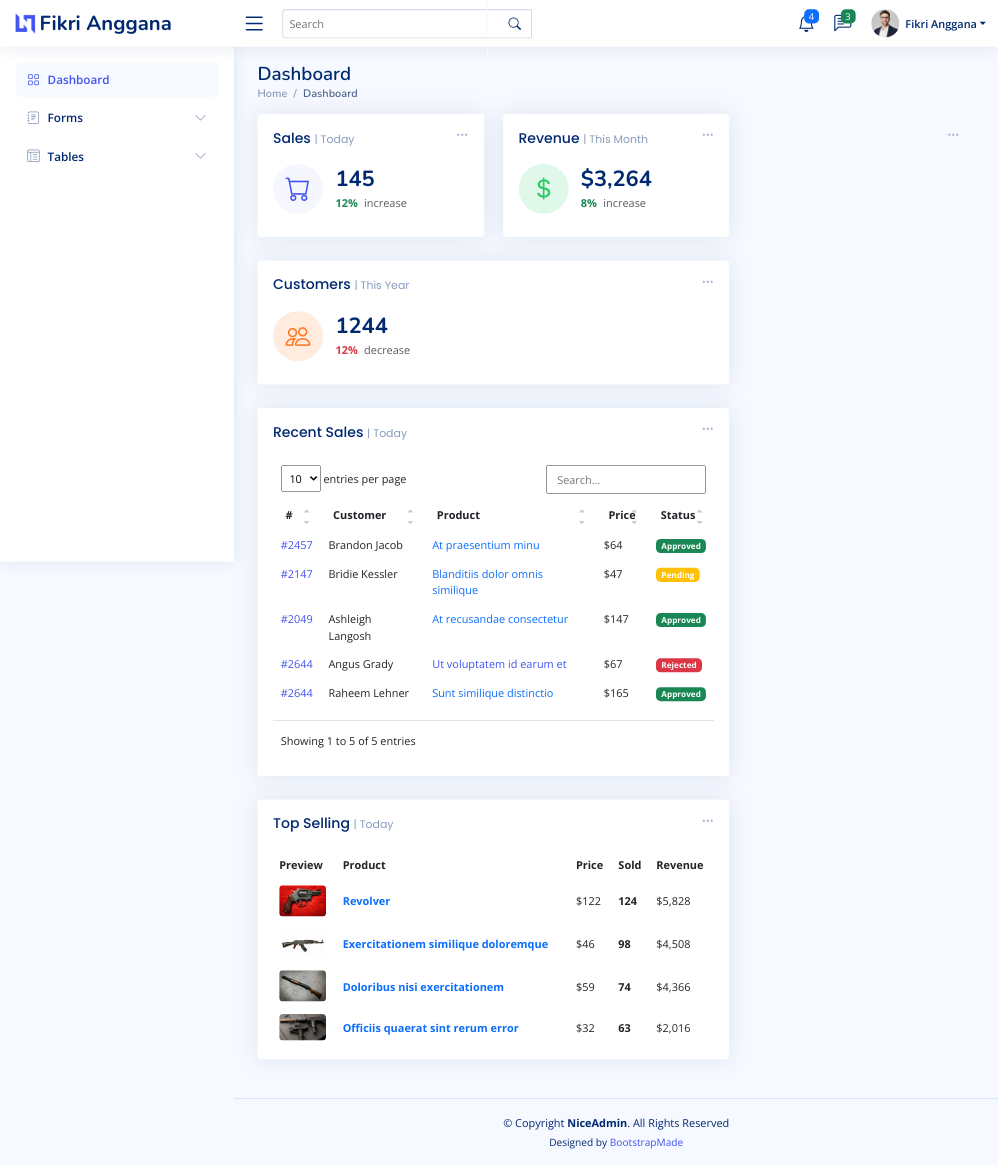
Repository: fikrianggana/PRG4_M2_P1_088
Page: NiceAdmin/index.html
An editor plug-in stored every save of this project. The page is shown before and after the next save, followed by the edit.
The browser window is 1280 px wide. The pictures show the whole page, at 78% of full size.

Above is the page before, as saved 2023-09-19 23:43:23.

After the next save:
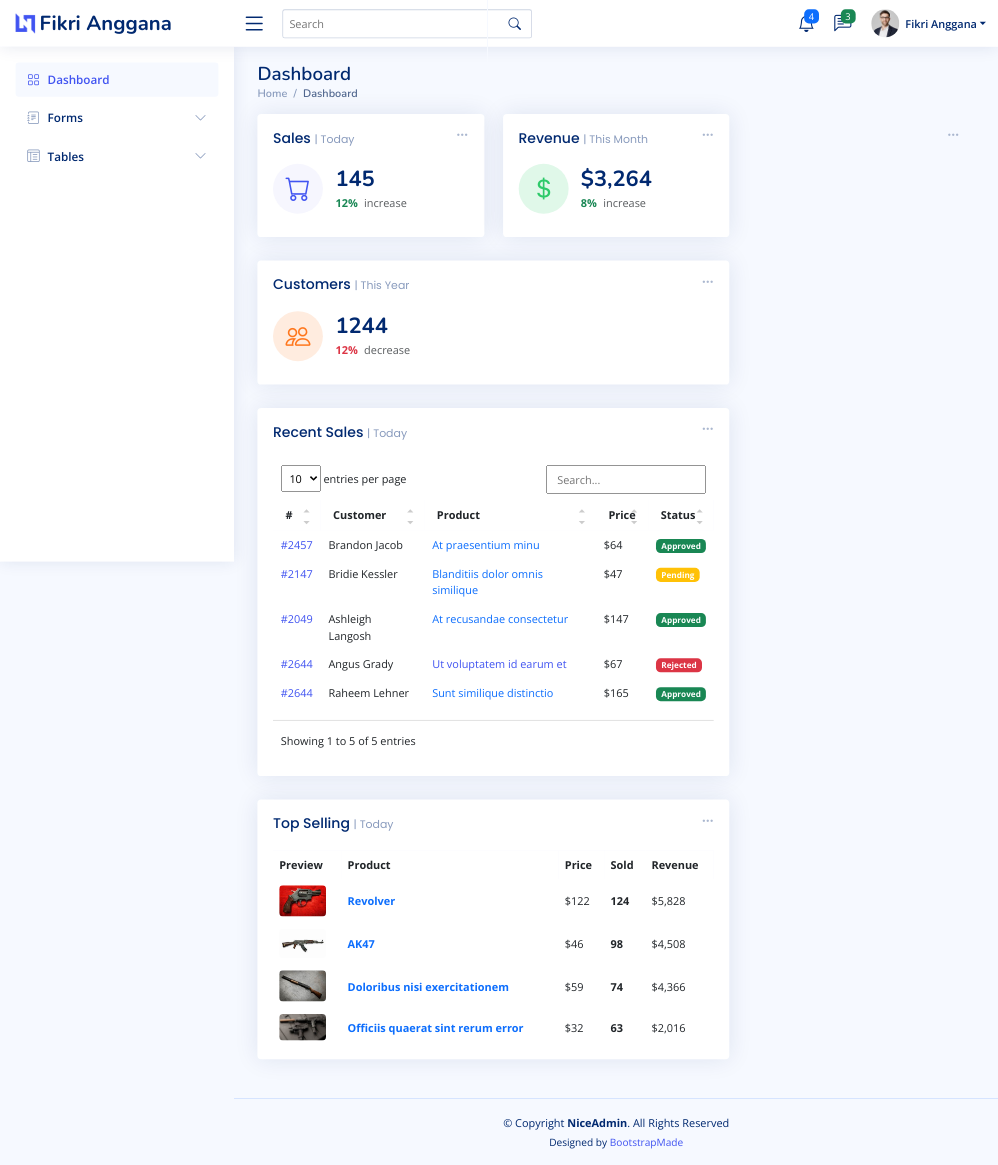
Saved 14 s later.
--- a/NiceAdmin/index.html
+++ b/NiceAdmin/index.html
@@ -548,7 +548,7 @@
                       </tr>
                       <tr>
                         <th scope="row"><a href="#"><img src="rifles.jpg" alt=""></a></th>
-                        <td><a href="#" class="text-primary fw-bold">Exercitationem similique doloremque</a></td>
+                        <td><a href="#" class="text-primary fw-bold">AK47</a></td>
                         <td>$46</td>
                         <td class="fw-bold">98</td>
                         <td>$4,508</td>
